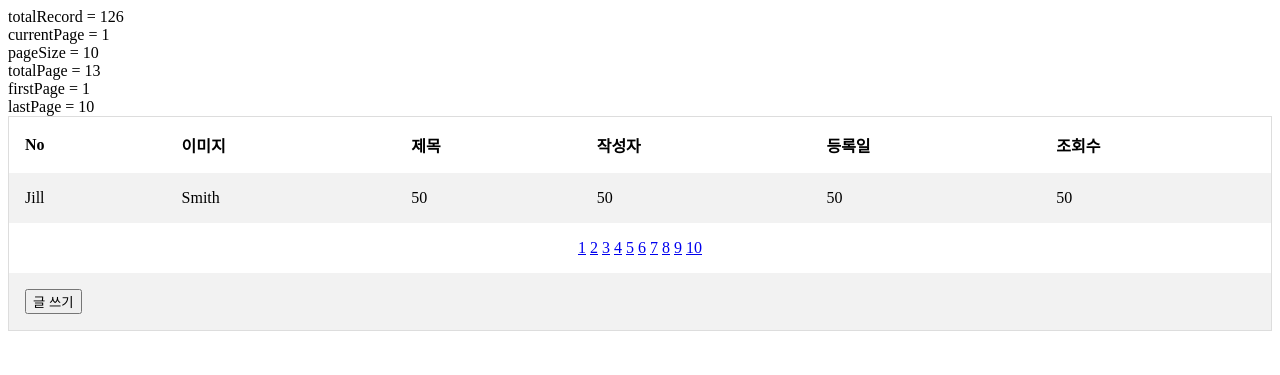
Repository: SyngyeonTak/javaee_workspace
Page: http://localhost/MySite/board/list.jsp
The author's editor kept a copy of each file at every save. The page is drawn from the files as they stood at one save, then again after the next save.
The browser window is 1280 px wide. The pictures show the whole page.
The page is served by Tomcat 9. Other server files are loaded and not shown.

Above is the page before, as saved 2020-12-11 07:56:27.

### MySite/WebContent/board/list.jsp
<%@page import="board.model.BoardDAO"%>
<%@ page contentType="text/html;charset=utf-8"%>

<%
	BoardDAO dao = new BoardDAO();
	int totalRecord = 126;
	int currentPage = 1;
	if(request.getParameter("currentPage") != null){
		currentPage = Integer.parseInt(request.getParameter("currentPage"));
	}
	int pageSize = 10;
	int totalPage = (int)Math.ceil((float)totalRecord/pageSize);

	int blockSize = 10;
	int firstPage = currentPage - (currentPage-1)%blockSize;
	int lastPage = firstPage + (blockSize-1);

	out.print("totalRecord = "+totalRecord+"<br>");
	out.print("currentPage = "+currentPage+"<br>");
	out.print("pageSize = "+pageSize+"<br>");
	out.print("totalPage = "+totalPage+"<br>");
	out.print("firstPage = "+firstPage+"<br>");
	out.print("lastPage = "+lastPage+"<br>");

%>


<!DOCTYPE html>
<html>
<head>
<meta name="viewport" content="width=device-width, initial-scale=1">
<style>
table {
	border-collapse: collapse;
	border-spacing: 0;
	width: 100%;
	border: 1px solid #ddd;
}

th, td {
	text-align: left;
	padding: 16px;
}

tr:nth-child(even) {
	background-color: #f2f2f2;
}
</style>
</head>
<body>

	<table>
		<tr>
			<th>No</th>
			<th>이미지</th>
			<th>제목</th>
			<th>작성자</th>
			<th>등록일</th>
			<th>조회수</th>
		</tr>

		<tr>
			<td>Jill</td>
			<td>Smith</td>
			<td>50</td>
			<td>50</td>
			<td>50</td>
			<td>50</td>
		</tr>

		<tr>
			<td colspan="6" style = "text-align:center;">
				<%for(int i=firstPage; i<=lastPage; i++){ %>
					<a href = "list.jsp?currentPage=<%=i%>"><%=i%></a>
				<%} %>
			</td>
		</tr>
		<tr>
			<td colspan="6">
				<button onclick = "location.href = 'regist_form.jsp'">글 쓰기</button>
			</td>
		</tr>
	</table>

</body>
</html>

### MySite/src/board/model/BoardDAO.java
package board.model;

import java.sql.Connection;
import java.sql.PreparedStatement;
import java.sql.ResultSet;
import java.sql.SQLException;
import java.util.ArrayList;
import java.util.List;

import com.sun.javafx.logging.PulseLogger;

import common.db.PoolManager;

public class BoardDAO {
	PoolManager pool = PoolManager.getInstance();//싱글턴 객체 호출

	public int insert(Board board) {
		Connection con = null;
		PreparedStatement pstmt = null;
		int result = 0;

		String sql = "insert into board(board_id, title, writer, content, filename) values(seq_board.nextVal, ?, ?, ?, ?)";
		con = pool.getConnection();

		try {
			pstmt = con.prepareStatement(sql);
			pstmt.setString(1, board.getTitle());
			pstmt.setString(2, board.getWriter());
			pstmt.setString(3, board.getContent());
			pstmt.setString(4, board.getFilename());

			result = pstmt.executeUpdate();

		} catch (SQLException e) {
			e.printStackTrace();
		}finally {
			pool.release(con, pstmt);
		}

		return result;
	}

	//모든 글 가져오기
	public List selectAll() {
		Connection con = pool.getConnection();
		PreparedStatement pstmt = null;
		ResultSet rs= null;

		ArrayList<Board> list = new ArrayList<Board>();

		String sql = "select * from board order by board_id desc";
		try {
			pstmt = con.prepareStatement(sql);
			rs = pstmt.executeQuery();

			while(rs.next()) {
				Board board = new Board();
				board.setBoard_id(rs.getInt("board_id"));
				board.setTitle(rs.getString("title"));
				board.setWriter(rs.getString("writer"));
				board.setContent(rs.getString("content"));
				board.setFilename(rs.getString("filename"));
				board.setRegdate(rs.getString("regdate"));
				board.setHit(rs.getInt("hit"));

				list.add(board);
			}

		} catch (SQLException e) {
			e.printStackTrace();
		}finally {
			pool.release(con, pstmt, rs);
		}
		return list;
	}
}

### MySite/src/common/db/PoolManager.java
/*커넥션 풀 사용을 보다 편하게 처리해야 DAO 들에서 고생안한다.*/

package common.db;

import java.sql.Connection;
import java.sql.PreparedStatement;
import java.sql.ResultSet;
import java.sql.SQLException;

import javax.naming.InitialContext;
import javax.naming.NamingException;
import javax.sql.DataSource;

public class PoolManager {
	InitialContext context;//JNDI검색을 담당하는 객체
	DataSource ds;//커넥션 풀
	private static PoolManager instance;
	//이 시점부터는 아무도 new 할 수 없다.
	private PoolManager() {
		try {
			context = new InitialContext();
			ds = (DataSource)context.lookup("java:comp/env/jdbc/myoracle");//찾기 성공 and 풀반환
		} catch (NamingException e) {
			e.printStackTrace();
		}
	}

	public static PoolManager getInstance() {
		if(instance == null) {
			instance = new PoolManager();
		}
		return instance;
	}


	//하지만 클래스는 쓰라고 만든 것이기에 인스턴스를 가져갈 기회를 현재 클래스에서 부담해주자!!

	//커넥션이 필요한 자에게 Connection을 반환해주는 (대여) 메서드
	public Connection getConnection() {
		Connection con = null;
		try {
			con = ds.getConnection();//대여!
		} catch (SQLException e) {
			e.printStackTrace();
		}
		return con;
	}

	//반납
	public void release(Connection con, PreparedStatement pstmt) {
		try {
			if(con != null) con.close();//끊어지는 것이 아니라 반납이됨
			if(pstmt != null) pstmt.close();
		} catch (SQLException e) {
			e.printStackTrace();
		}
	}

	public void release(Connection con, PreparedStatement pstmt, ResultSet rs) {
		try {
			if(con != null) con.close();//끊어지는 것이 아니라 반납이됨
			if(pstmt != null) pstmt.close();
			if(rs != null) rs.close();
		} catch (SQLException e) {
			e.printStackTrace();
		}
	}

}

After the next save:
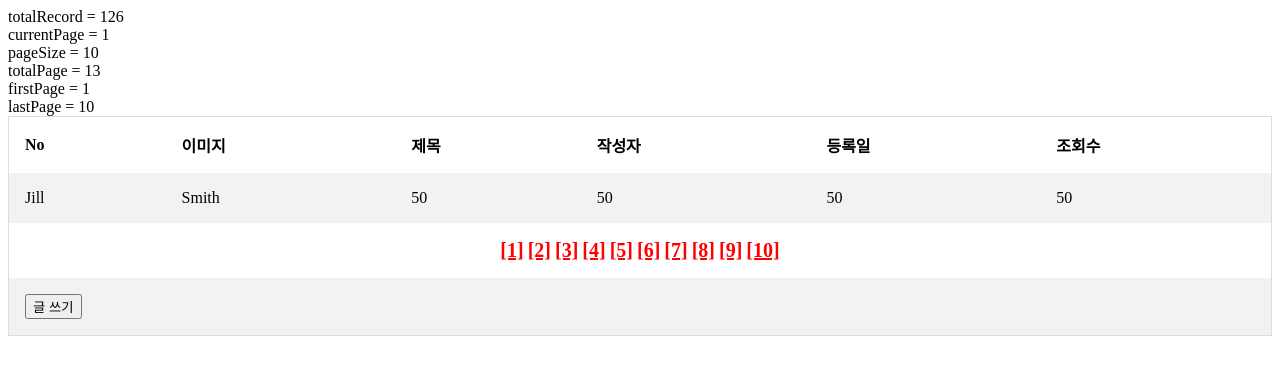
Saved 56 s later.
--- a/MySite/WebContent/board/list.jsp
+++ b/MySite/WebContent/board/list.jsp
@@ -45,6 +45,11 @@ th, td {
 tr:nth-child(even) {
 	background-color: #f2f2f2;
 }
+.pageNum{
+	font-size : 20px;
+	font-weight : bold;
+	color : red;
+}
 </style>
 </head>
 <body>
@@ -71,7 +76,7 @@ tr:nth-child(even) {
 		<tr>
 			<td colspan="6" style = "text-align:center;">
 				<%for(int i=firstPage; i<=lastPage; i++){ %>
-					<a href = "list.jsp?currentPage=<%=i%>"><%=i%></a>
+					<a href = "list.jsp?currentPage=<%=i%>" class = "pageNum">[<%=i%>]</a>
 				<%} %>
 			</td>
 		</tr>
